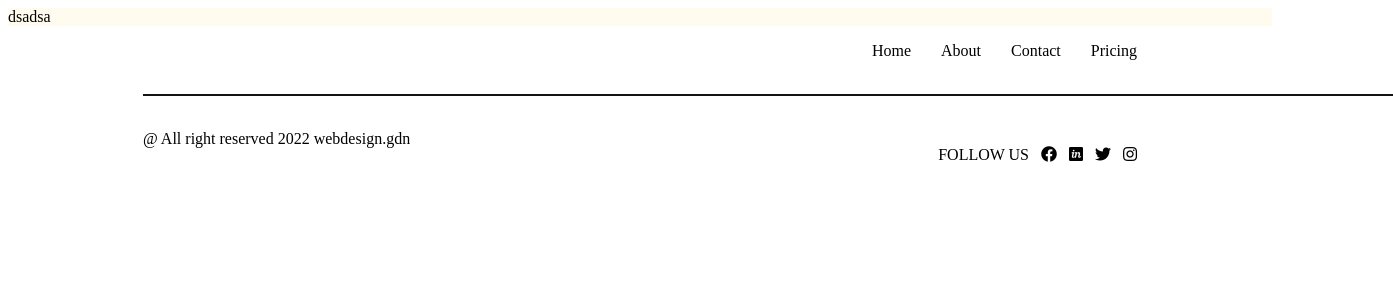
Repository: ngocphuocha/4lifeteam-marketing-agency
Page: index.html
An editor plug-in stored every save of this project. The page is shown before and after the next save, followed by the edit.
The browser window is 1280 px wide. The page is 1393 px wide, so the pictures cover 1393 px, including what lies to the right of the window. The pictures show the whole page.

Above is the page before, as saved 2023-03-13 15:39:54.

After the next save:
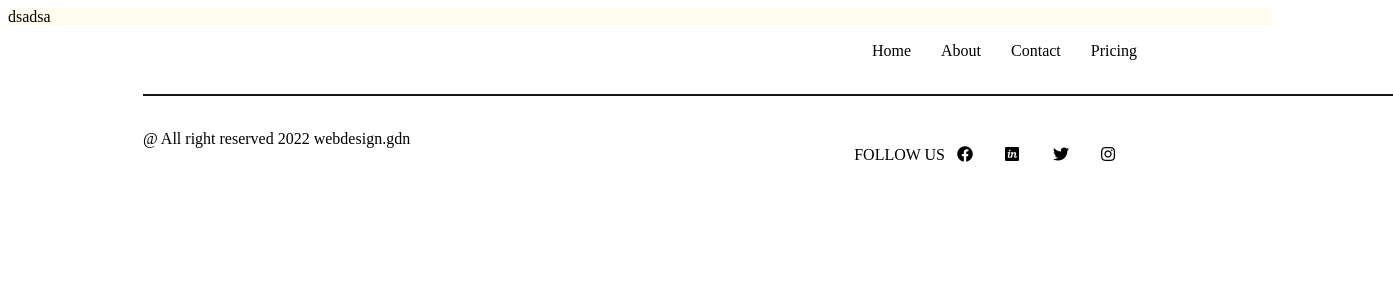
Saved 89 s later.
--- a/css/footer-service.css
+++ b/css/footer-service.css
@@ -54,6 +54,9 @@
  .background-footer .footer-icons ul li a{
     text-decoration: none;
  }
+ .background-footer .footer-icons ul li i{
+    width: 36px;
+ }
 
 
  @media screen and (max-width: 800px){
